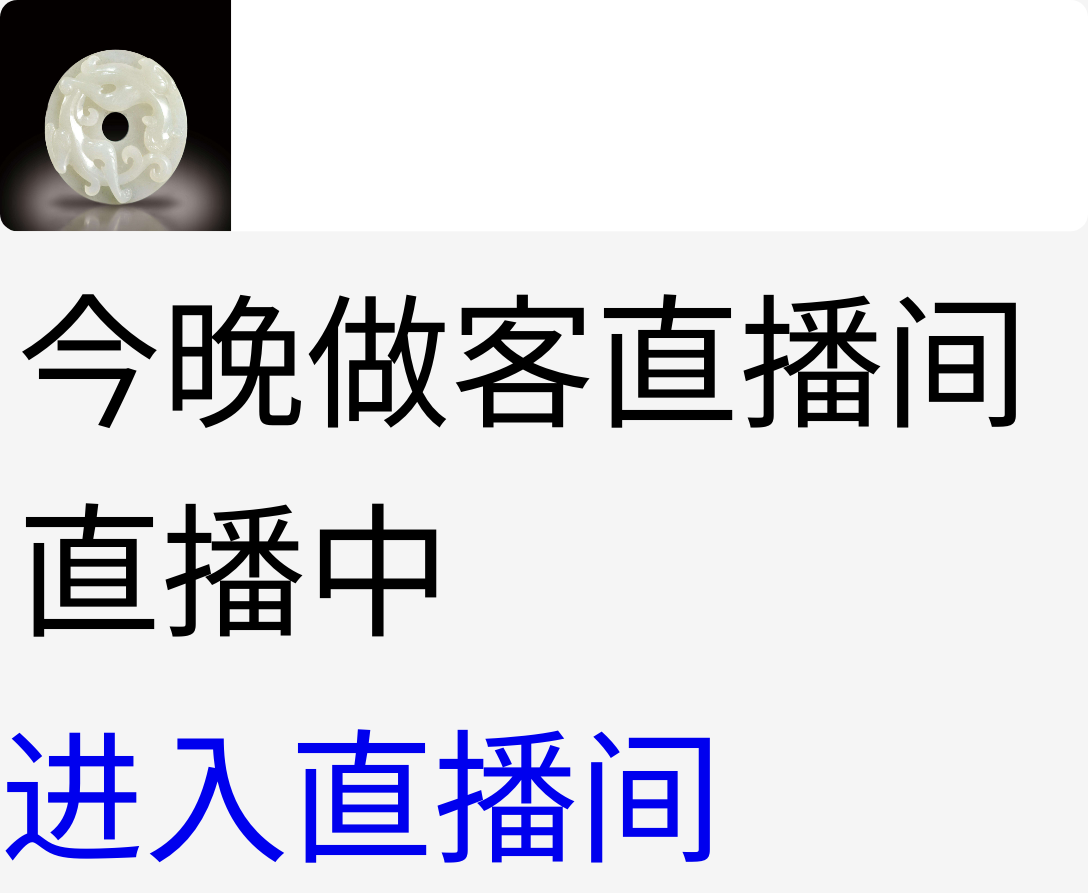
Repository: 1yanglulu/-
Page: html/jadehomepage.html
An editor plug-in stored every save of this project. The page is shown before and after the next save, followed by the edit.
The browser window is 1280 px wide. The pictures show the whole page, at 85% of full size.

Above is the page before, as saved 2020-01-07 16:03:00.

### html/jadehomepage.html
<!DOCTYPE html>
<html lang="en">
<head>
  <meta charset="UTF-8">
  <meta name="viewport" content="width=device-width, initial-scale=1.0">
  <meta http-equiv="X-UA-Compatible" content="ie=edge">
  <title>Document</title>
  <link rel="stylesheet" href="../css/common.css">
  <link rel="stylesheet" href="../css/jadehomepage.css">
</head>
<body class="bac-color">
  <div class="home-top">
    <img src="../images/yushi1.jpg" alt="直播间封面" class="live-bac">
    <div class="live-con">
      <div class="live-title">今晚做客直播间</div>
      <div class="live-title">
        <div><img src="" alt="">直播中</div>
      </div>
    </div>
    <a href="javascript:void(0);">进入直播间</a>
  </div>
  <script src="../js/jquery-3.3.1.min.js"></script>
  <script src="../js/rem.js"></script>
  <script src="../js/jadehomepage.js"></script>
</body>
</html>

### css/common.css
h2,body,div,html,ul,li,a,img{
  margin: 0;
  padding: 0;
}
a,img{
  display:block;
}
.fn{
  font-size:0;
}
ul{
  margin-block-start: 0;
  margin-block-end: 0;
  padding-inline-start: 0;
}
ul li{
  list-style: none;
}
a{
  text-decoration: none;
}
.clearfix:after{/*伪元素是行内元素 正常浏览器清除浮动方法*/
  content: "";
  display: block;
  height: 0;
  clear:both;
  visibility: hidden;
}
.clearfix{
  *zoom: 1;/*ie6清除浮动的方式 *号只有IE6-IE7执行，其他浏览器不执行*/
}
.fl{
  float: left;
}
.fr{
  float:right;
}
.bac-color{
  /* background:rgb(248,248,248); */
  background: #f5f5f5;
}

### css/jadehomepage.css
.bodyStyle{
  padding:0 .2rem;
}
.home-top{
  width: 100%;
  height: 1.6rem;
  background: #FFFFFF;
  border-radius: .12rem;
}
.live-bac{
  width: 1.6rem;
  height: 100%;
  border-radius: 0.12rem 0 0 0.12rem;
}
.live-con{
  padding:20px;
  box-sizing: border-box;
}

### js/rem.js
(function (doc, win) {
    var docEl = doc.documentElement,
        resizeEvt = 'orientationchange' in window ? 'orientationchange' : 'resize',
        recalc = function () {
            var clientWidth = docEl.clientWidth;
            if (!clientWidth) return;
            docEl.style.fontSize =Math.floor(100*(clientWidth / 750))+ 'px';
        };
    if (!doc.addEventListener) return;
    win.addEventListener(resizeEvt, recalc, false);
    doc.addEventListener('DOMContentLoaded', recalc, false);
})(document,window);

Loaded but not shown: js/jquery-3.3.1.min.js (library); js/jadehomepage.js (no stored copy; drawn as an empty file)

After the next save:
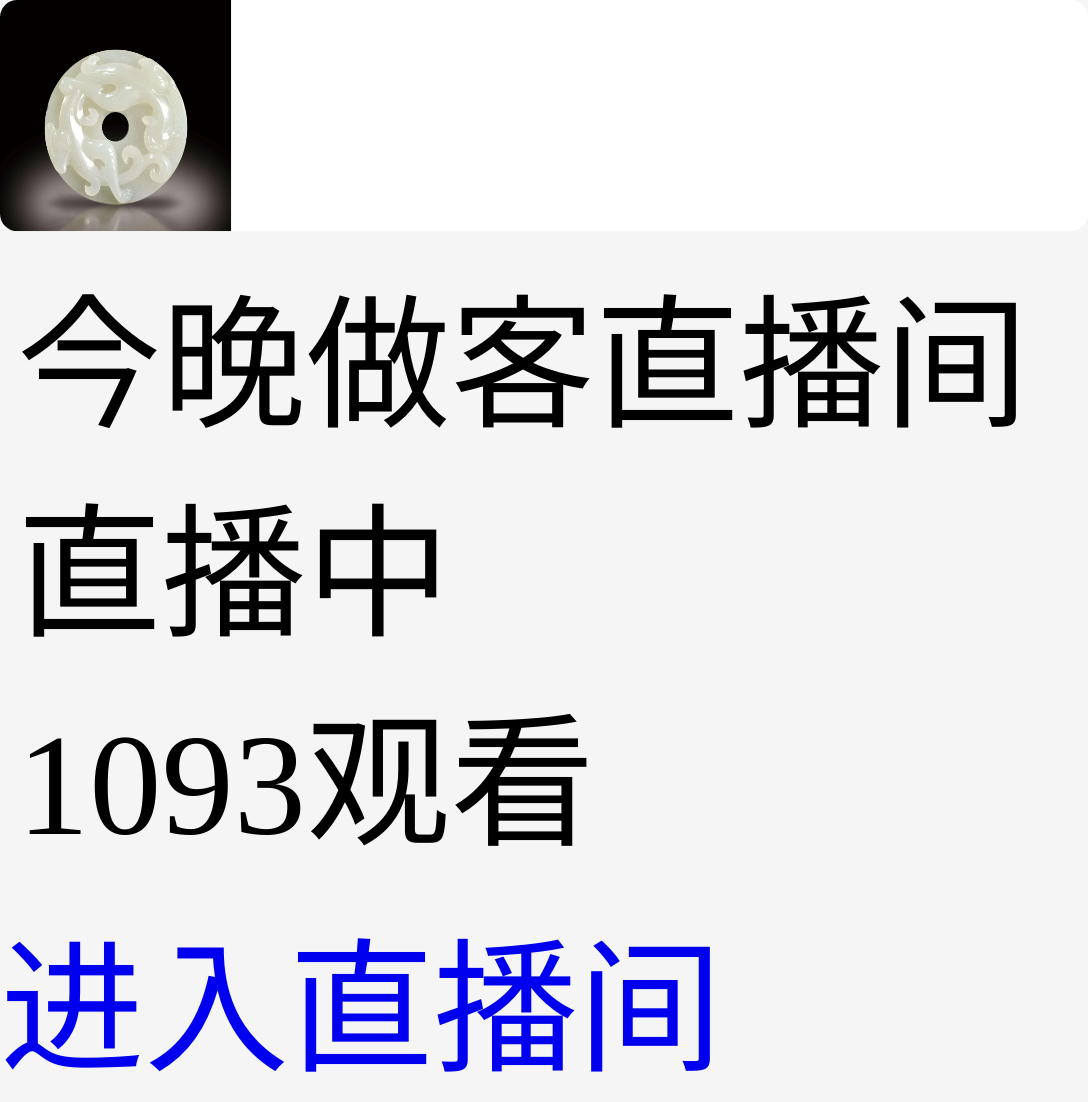
Saved 44 s later.
--- a/html/jadehomepage.html
+++ b/html/jadehomepage.html
@@ -15,6 +15,7 @@
       <div class="live-title">今晚做客直播间</div>
       <div class="live-title">
         <div><img src="" alt="">直播中</div>
+        <div>1093观看</div>
       </div>
     </div>
     <a href="javascript:void(0);">进入直播间</a>
